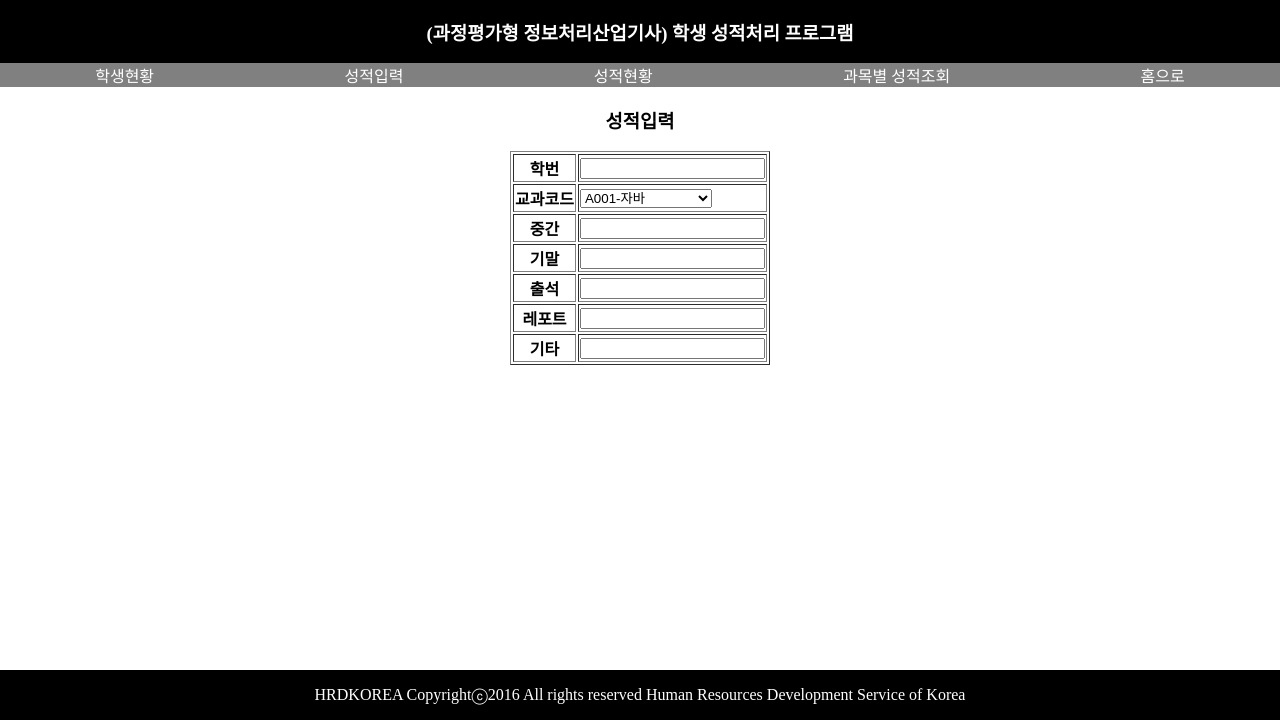
Repository: junjuny0227/jsp
Page: http://localhost/HRD_02/sub2.jsp
The author's editor kept a copy of each file at every save. The page is drawn from the files as they stood at one save, then again after the next save.
The browser window is 1280 px wide. The pictures show the whole page.
The page is served by Tomcat 9. Other server files are loaded and not shown.

Above is the page before, as saved 2025-05-16 05:46:57.

### HRD_02/src/main/webapp/sub2.jsp
<%@ page language="java" contentType="text/html; charset=UTF-8"
pageEncoding="UTF-8"%>
<!DOCTYPE html>
<html>
  <head>
    <meta charset="UTF-8" />
    <title>sub2</title>
  </head>
  <body
    style="
      margin: 0;
      padding: 0;
      border: 0;
      font-size: 100%;
      font: inherit;
      vertical-align: baseline;
    "
  >
    <jsp:include page="header.jsp"></jsp:include>
    <jsp:include page="nav.jsp"></jsp:include>

    <section
      style="display: flex; flex-direction: column; align-items: center"
    >
      <h3>성적입력</h3>
      <form action="sub2Action.jsp" method="post" name="sub2Form">
      	<table border="1">
      		<tr>
      			<th>학번</th>
      			<td>
      				<input type="text" name="stuid">
      			</td>
      		</tr>
      		<tr>
      			<th>교과코드</th>
      			<td>
      				<select name="subcode">
      					<option value="A001">A001-자바</option>
      					<option value="A002">A002-C언어</option>
      					<option value="A003">A003-데이터베이스</option>
      					<option value="A004">A004-웹프로그래밍</option>
      					<option value="A005">A005-영어</option>
      				</select>
      			</td>
      		</tr>
      		<tr>
      			<th>중간</th>
      			<td>
      				<input type="number" name="midScore">
      			</td>
      		</tr>
      		<tr>
      			<th>기말</th>
      			<td>
      				<input type="number" name="finalScore">
      			</td>
      		</tr>
      		<tr>
      			<th>출석</th>
      			<td>
      				<input type="number" name="attend">
      			</td>
      		</tr>
      		<tr>
      			<th>레포트</th>
      			<td>
      				<input type="number" name="report">
      			</td>
      		</tr>
      		<tr>
      			<th>기타</th>
      			<td>
      				<input type="number" name="etc">
      			</td>
      		</tr>
      	</table>
      </form>
    </section>

    <jsp:include page="footer.jsp"></jsp:include>
  </body>
</html>

### HRD_02/src/main/webapp/header.jsp
<%@ page language="java" contentType="text/html; charset=UTF-8"
pageEncoding="UTF-8"%>
<!DOCTYPE html>
<html>
  <head>
    <meta charset="UTF-8" />
    <title>header</title>
  </head>
  <body>
    <header style="background-color: black; width: 100%">
      <h3 style="margin: 0; padding: 18px 0; text-align: center; color: white">
        (과정평가형 정보처리산업기사) 학생 성적처리 프로그램
      </h3>
    </header>
  </body>
</html>

### HRD_02/src/main/webapp/nav.jsp
<%@ page language="java" contentType="text/html; charset=UTF-8"
pageEncoding="UTF-8"%>
<!DOCTYPE html>
<html>
  <head>
    <meta charset="UTF-8" />
    <title>nav</title>
  </head>
  <body>
    <nav
      style="
        background-color: gray;
        display: flex;
        justify-content: space-around;
      "
    >
      <a href="sub1.jsp" style="text-decoration: none; color: white"
        >학생현황</a
      >
      <a href="sub2.jsp" style="text-decoration: none; color: white"
        >성적입력</a
      >
      <a href="sub3.jsp" style="text-decoration: none; color: white"
        >성적현황</a
      >
      <a href="sub4.jsp" style="text-decoration: none; color: white"
        >과목별 성적조회</a
      >
      <a href="index.jsp" style="text-decoration: none; color: white">홈으로</a>
    </nav>
  </body>
</html>

### HRD_02/src/main/webapp/footer.jsp
<%@ page language="java" contentType="text/html; charset=UTF-8"
pageEncoding="UTF-8"%>
<!DOCTYPE html>
<html>
  <head>
    <meta charset="UTF-8" />
    <title>footer</title>
  </head>
  <body>
    <footer
      style="
        background-color: black;
        position: fixed;
        left: 0;
        bottom: 0;
        width: 100%;
      "
    >
      <p style="text-align: center; color: white">
        HRDKOREA Copyrightⓒ2016 All rights reserved Human Resources Development
        Service of Korea
      </p>
    </footer>
  </body>
</html>

After the next save:
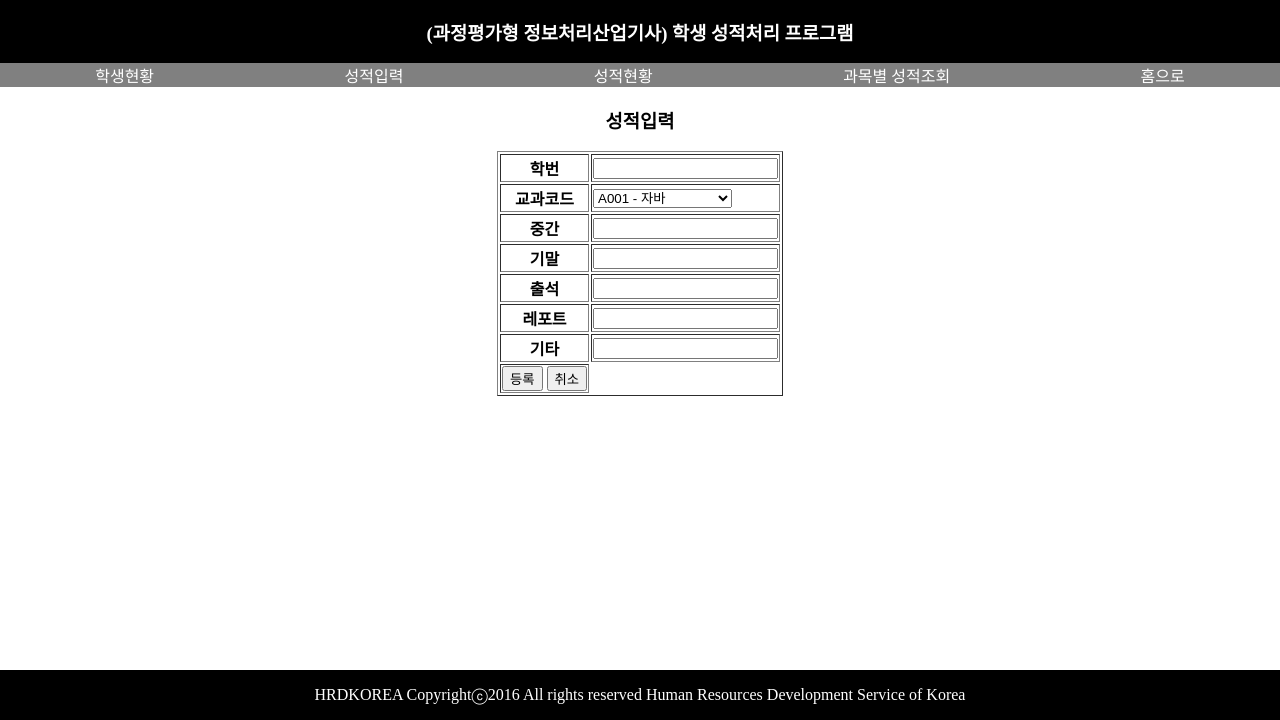
Saved 3 min 42 s later.
--- a/HRD_02/src/main/webapp/sub2.jsp
+++ b/HRD_02/src/main/webapp/sub2.jsp
@@ -35,11 +35,11 @@ pageEncoding="UTF-8"%>
       			<th>교과코드</th>
       			<td>
       				<select name="subcode">
-      					<option value="A001">A001-자바</option>
-      					<option value="A002">A002-C언어</option>
-      					<option value="A003">A003-데이터베이스</option>
-      					<option value="A004">A004-웹프로그래밍</option>
-      					<option value="A005">A005-영어</option>
+      					<option value="A001">A001 - 자바</option>
+      					<option value="A002">A002 - C언어</option>
+      					<option value="A003">A003 - 데이터베이스</option>
+      					<option value="A004">A004 - 웹프로그래밍</option>
+      					<option value="A005">A005 - 영어</option>
       				</select>
       			</td>
       		</tr>
@@ -73,6 +73,12 @@ pageEncoding="UTF-8"%>
       				<input type="number" name="etc">
       			</td>
       		</tr>
+      		<tr>
+      			<td clospan="2" align="center">
+      				<input type="button" value="등록" onclick="fnSub2FormCheck()">
+      				<input type="button" value="취소" onclick="fnSub2FormReset()">
+      			</td>
+      		</tr>
       	</table>
       </form>
     </section>
